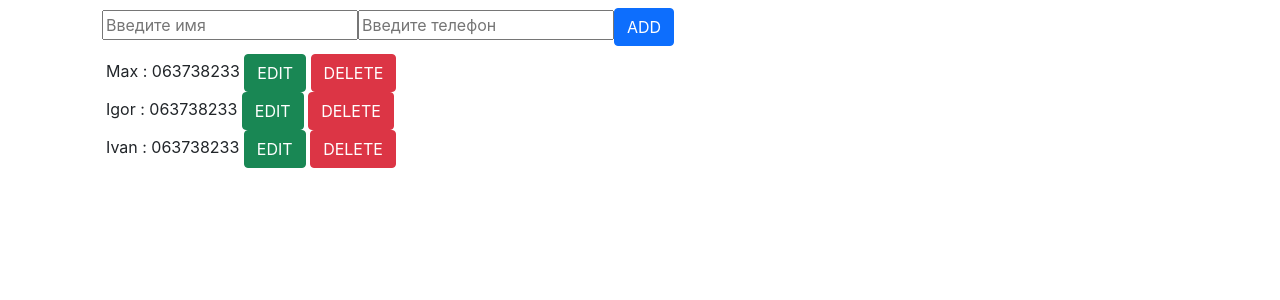
Repository: tsydikov/phone_book
Page: /
The author's editor kept a copy of each file at every save. The page is drawn from the files as they stood at one save, then again after the next save.
The browser window is 1280 px wide. The pictures show the whole page.
The project was rebuilt for these pictures with package versions that can differ from the ones it lists, and the page was loaded fresh each time. Also part of the build but not shown: src/App.css, src/components/Update.jsx.

Above is the page before, as saved 2021-10-07 22:10:36.

After the next save:
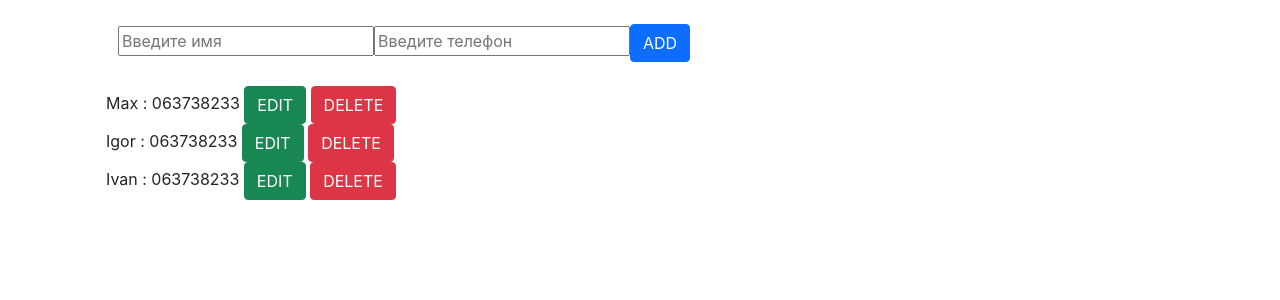
Saved 5 s later.
--- a/src/App.js
+++ b/src/App.js
@@ -8,7 +8,7 @@ function App() {
   return (
     <Container>
       <Row>
-        <Col className="p-2">
+        <Col className="p-4">
           <Form />
         </Col>
       </Row>
